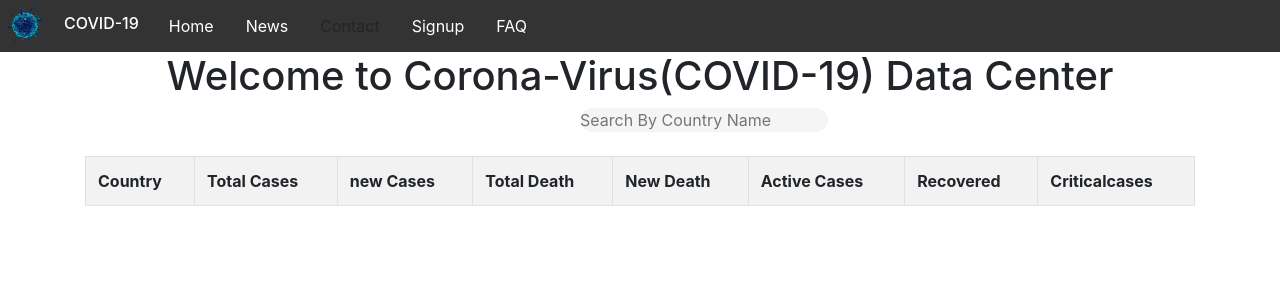
Repository: xthashankar/COVID-19-data-
Page: index.html
The author's editor kept a copy of each file at every save. The page is drawn from the files as they stood at one save, then again after the next save.
The browser window is 1280 px wide. The pictures show the whole page.
The page's requests for data from a server got no answer.

Above is the page before, as saved 2020-04-15 18:58:57.

After the next save:
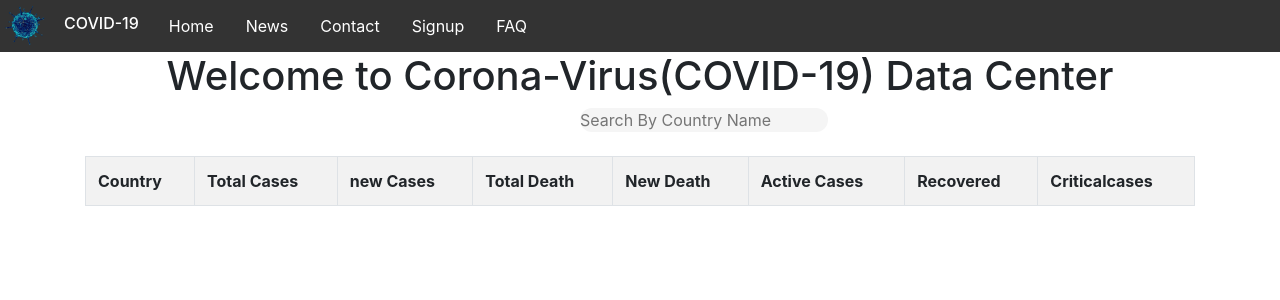
Saved 16 s later.
--- a/index.html
+++ b/index.html
@@ -16,7 +16,7 @@
              <H6>COVID-19</H6>
             <li><a  href="#">Home</a></li>
             <li><a href="#">News</a></li>
-            <li><a ref="#">Contact</a></li>
+            <li><a href="#">Contact</a></li>
             <li><a href="#">Signup</a></li>
             <div class="dropdown">
                 <button class="dropbtn">FAQ
